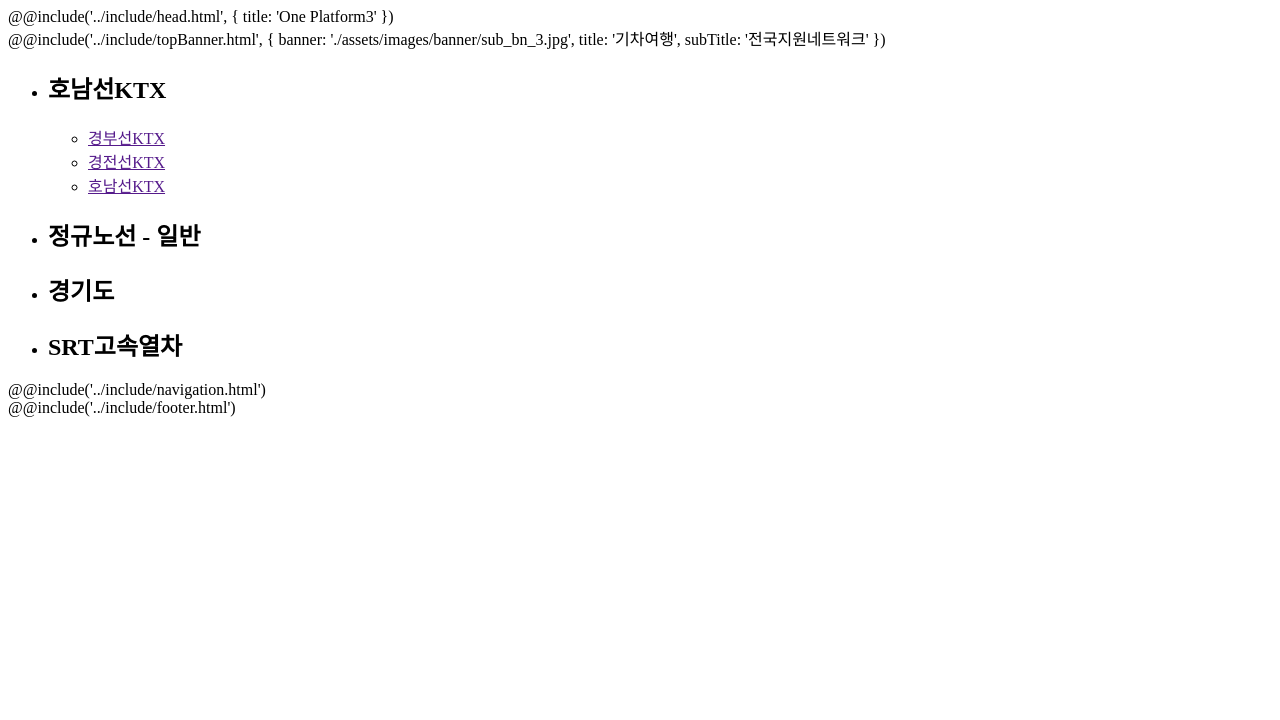
Repository: sunminigo/oneplatform
Page: workspace/html/train_travel.html
The author's editor kept a copy of each file at every save. The page is drawn from the files as they stood at one save, then again after a run of saves.
The browser window is 1280 px wide. The pictures show the whole page.

Above is the page before, as saved 2021-10-09 19:34:50.

After the next 3 saves:
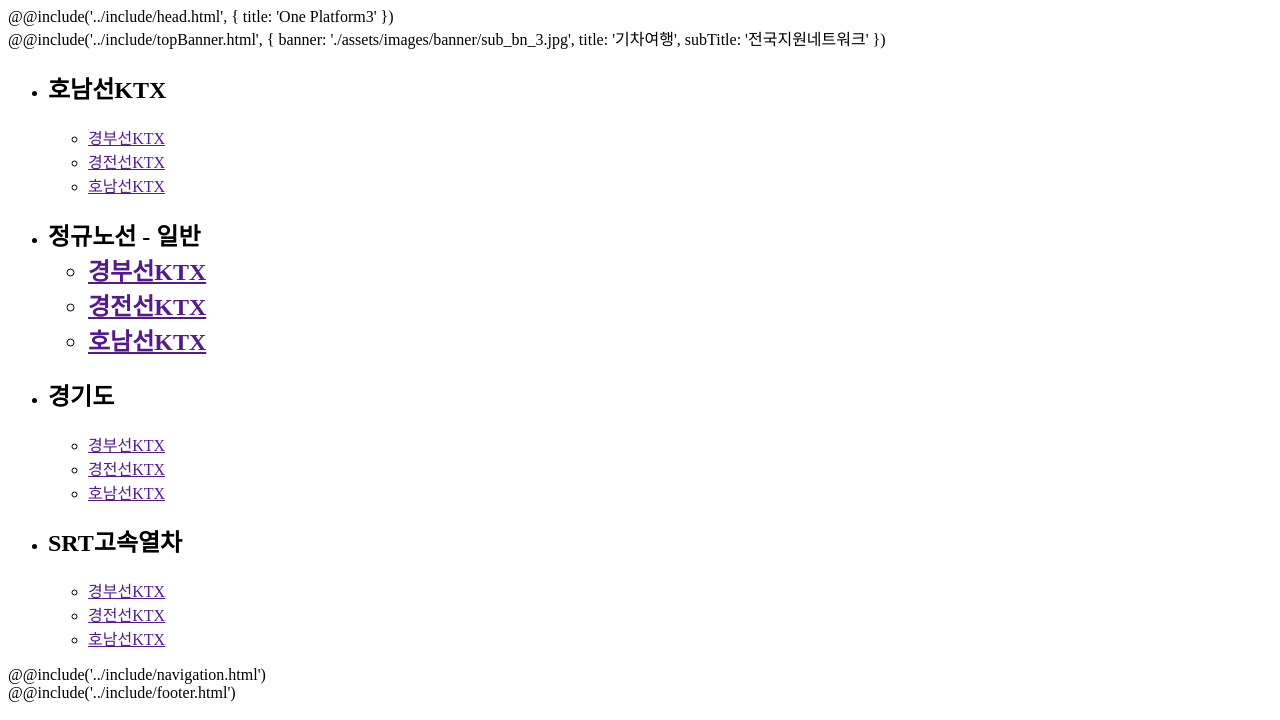
The 3 saves are shown as one change because they came seconds apart.
The last was saved 33 s later.
--- a/workspace/html/train_travel.html
+++ b/workspace/html/train_travel.html
@@ -18,13 +18,28 @@
 				<li>
 					<h2>
 						정규노선 - 일반<i class="ph-caret-down-thin btn_dropdown"></i>
+						<ul class="depth2">
+							<li class="active"><a href="">경부선KTX</a></li>
+							<li><a href="">경전선KTX</a></li>
+							<li><a href="">호남선KTX</a></li>
+						</ul>
 					</h2>
 				</li>
 				<li>
 					<h2>경기도<i class="ph-caret-down-thin btn_dropdown"></i></h2>
+					<ul class="depth2">
+						<li class="active"><a href="">경부선KTX</a></li>
+						<li><a href="">경전선KTX</a></li>
+						<li><a href="">호남선KTX</a></li>
+					</ul>
 				</li>
 				<li>
 					<h2>SRT고속열차<i class="ph-caret-down-thin btn_dropdown"></i></h2>
+					<ul class="depth2">
+						<li class="active"><a href="">경부선KTX</a></li>
+						<li><a href="">경전선KTX</a></li>
+						<li><a href="">호남선KTX</a></li>
+					</ul>
 				</li>
 			</ul>
 		</div>
